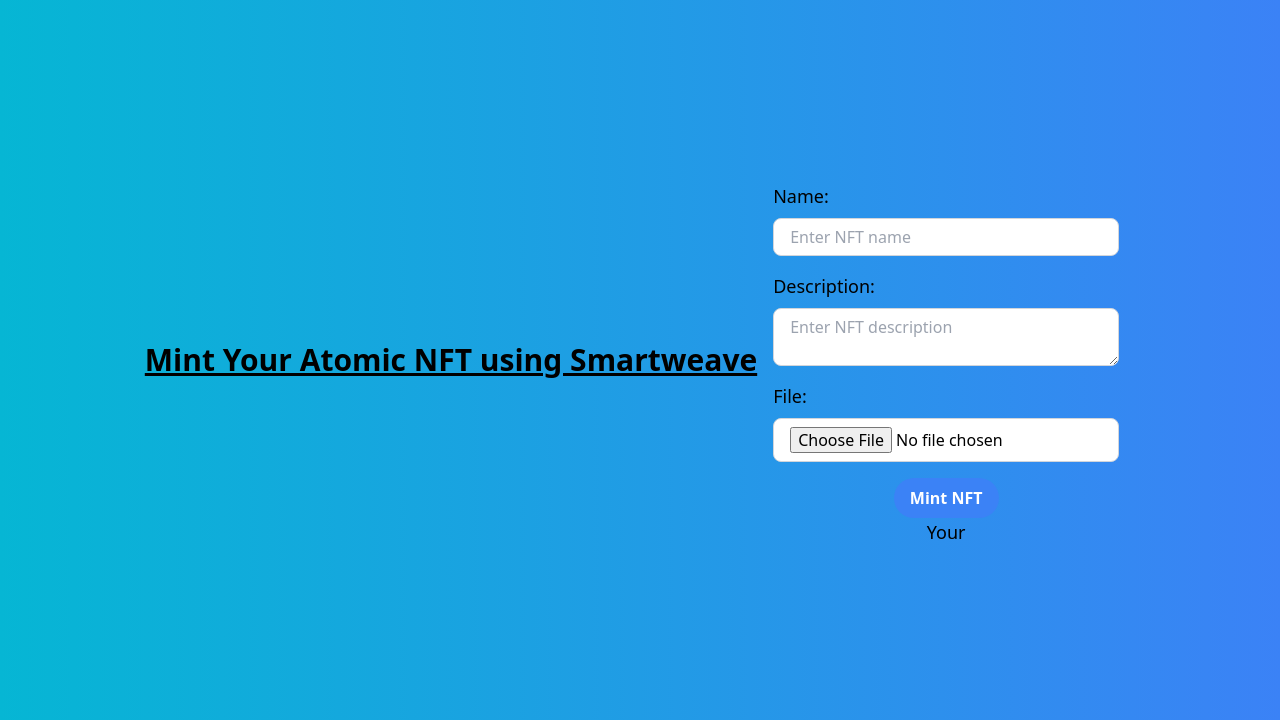
Repository: pawelpiwowarski/arweave-nft
Page: /
The author's editor kept a copy of each file at every save. The page is drawn from the files as they stood at one save, then again after the next save.
The browser window is 1280 px wide. The pictures show the whole page.
The project was rebuilt for these pictures with package versions that can differ from the ones it lists, and the page was loaded fresh each time. The framework's server and built-in components were replaced by stand-ins that run in the browser.

Above is the page before, as saved 2023-01-30 14:46:11.

After the next save:
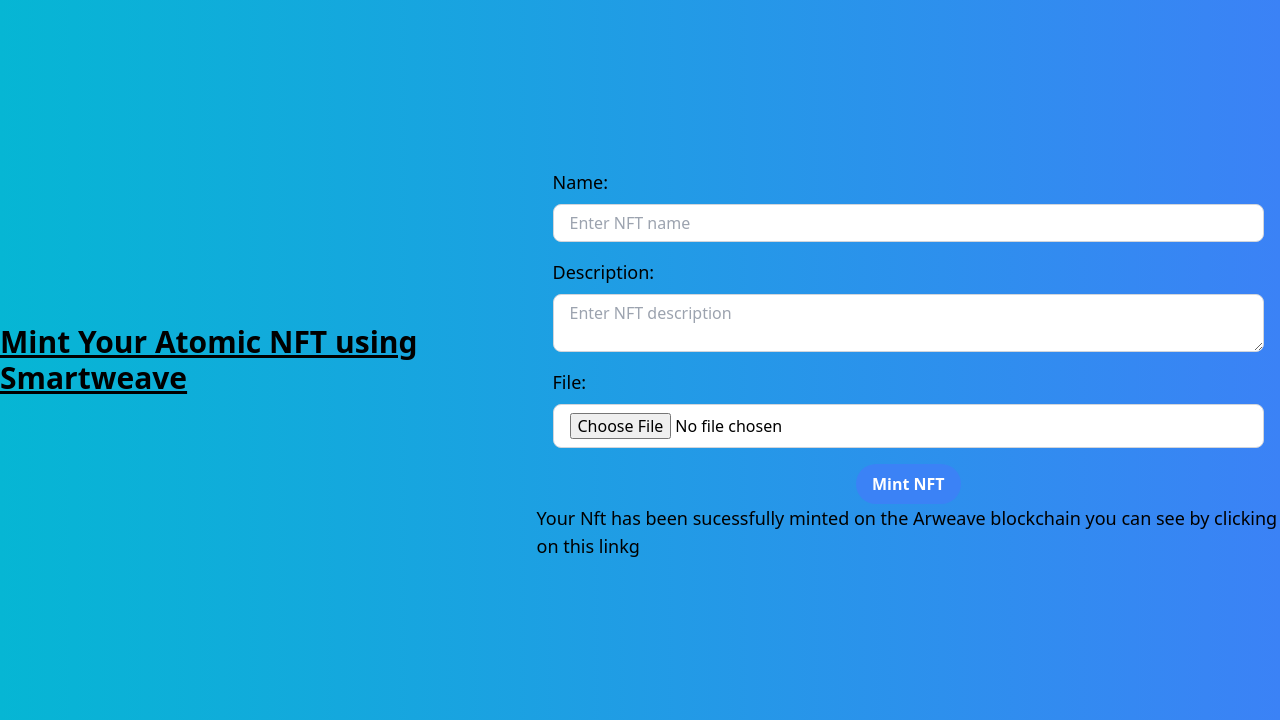
Saved 63 s later.
--- a/pages/index.tsx
+++ b/pages/index.tsx
@@ -88,7 +88,7 @@
 
 
   <div className="flex justify-center">
-    <p className="text-lg font-medium mb-2" > <a href={respoonse}></a> Your </p>
+    <p className="text-lg font-medium mb-2" >  Your Nft has been sucessfully minted on the Arweave blockchain you can see by clicking on this linkg <a href={respoonse}> {respoonse}</a></p>
   </div>
 
 </form>
